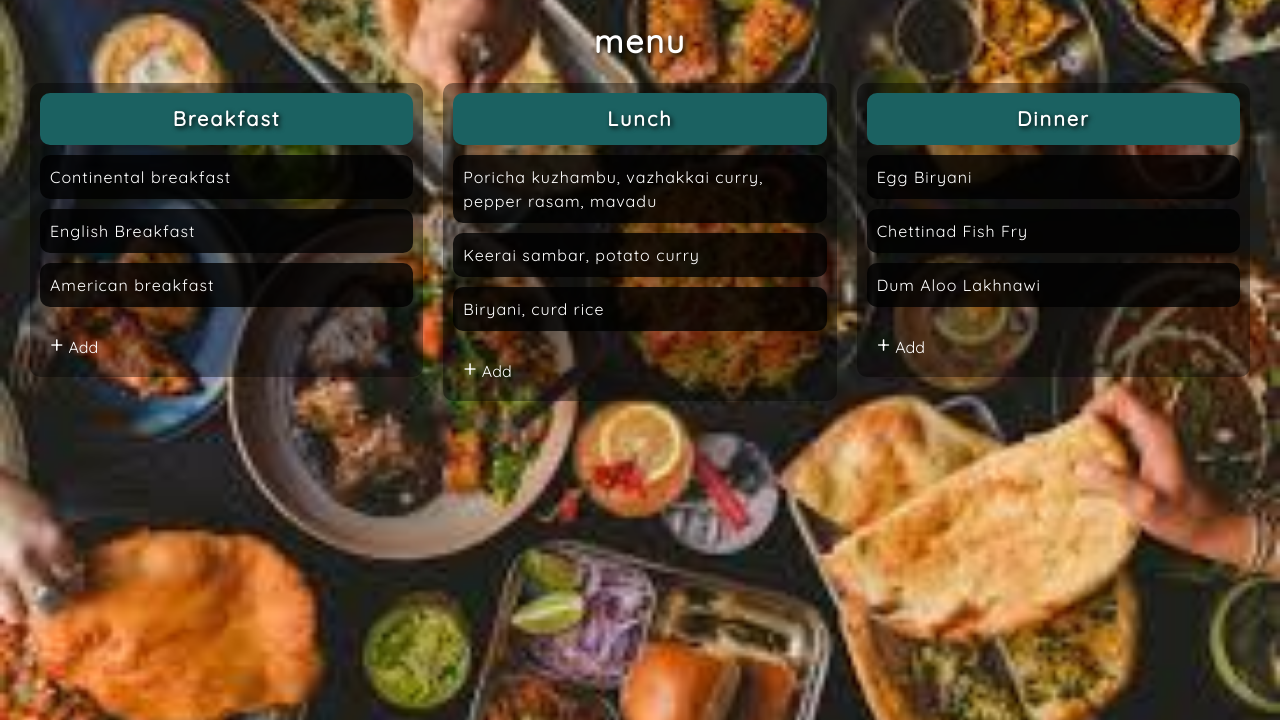
Repository: Anasooya2601/drag-and-drop
Page: index.html
These files come from the project's save history. The page is drawn as it stood at one moment and after the next save; the edit follows.
The browser window is 1280 px wide. The pictures show the whole page.

Above is the page before, as saved 2021-02-05 01:37:53.

After the next save:
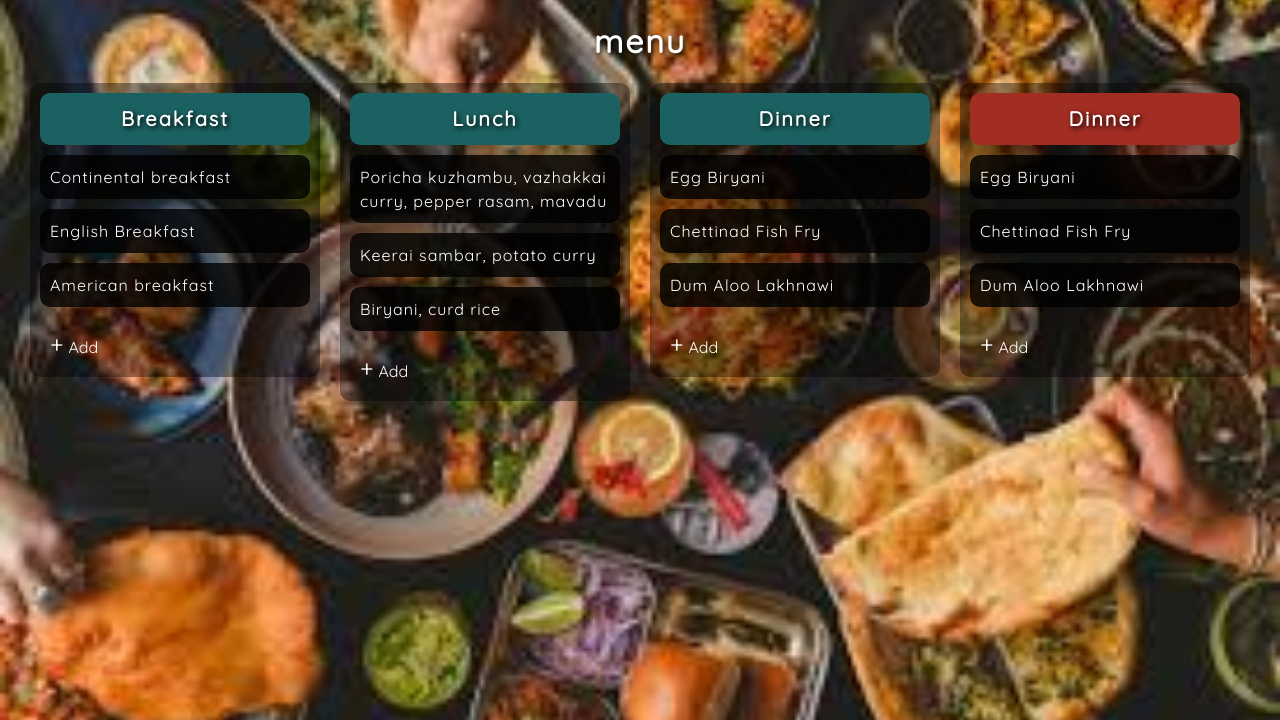
Saved 2 min 21 s later.
--- a/index.html
+++ b/index.html
@@ -97,6 +97,34 @@
 
     </div>
 </li>
+<li class="drag-column on-hold-column">
+    <span class="header">
+        <h1>Dinner</h1>
+    </span>
+    <!-- breakfast-content -->
+    <div id="on-hold-content">
+        <ul class="drag-item-list"id= "on-hold-list">
+            <li class="drag-item"> Egg Biryani</li>
+            <li class="drag-item"> Chettinad Fish Fry</li>
+            <li class="drag-item">Dum Aloo Lakhnawi</li>
+        </ul>
+    </div>
+    <!-- add-button -->
+    <div class="add-btn-group">
+        <div class="add-btn">
+    <span class="plus-sign">+</span>
+    <span>Add</span>
+</div>
+<div class="add-btn solid">
+    <span>save</span>
+</div>
+<div class="add-container">
+    <div class="add-item"></div>
+
+</div>
+
+    </div>
+</li>
         </ul>
     </div>
     <!-- Script -->
